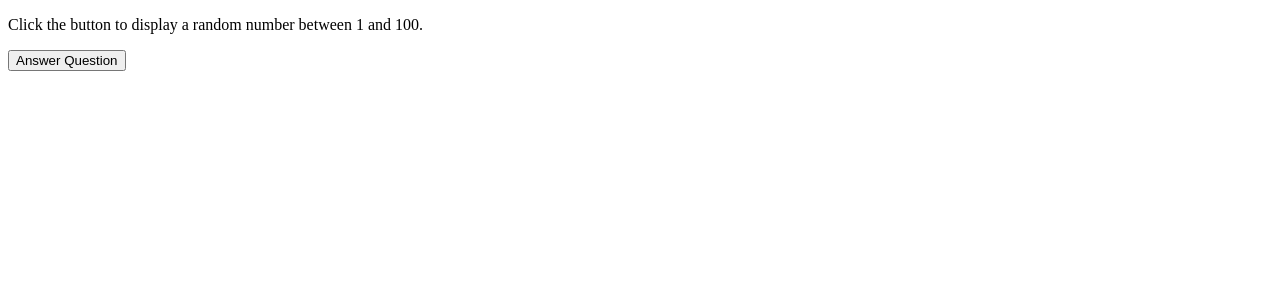
Repository: brightwhitesnow/brightwhitesnow.github.io
Page: Weba/lesson 1/homework files/mathrandom.html
These files come from the project's save history. The page is drawn as it stood at one moment and after the next save; the edit follows.
The browser window is 1280 px wide. The pictures show the whole page.

Above is the page before, as saved 2021-03-28 12:27:57.

### Weba/lesson 1/homework files/mathrandom.html
<!DOCTYPE html>
<html lang="en">
<head>
    <meta charset="UTF-8">
    <meta http-equiv="X-UA-Compatible" content="IE=edge">
    <meta name="viewport" content="width=device-width, initial-scale=1.0">
    <title>Document</title>
</head>
<body>
    <p>Click the button to display a random number between 1 and 100.</p>

    <button onclick="myFunction()">Answer Question</button>



<script>
    function myFunction() {
        let a = Math.floor(Math.random() * 100) + 5
    let b = Math.floor(Math.random() * 100) + 20

    let answer = prompt(a + "+" + b + " =?")

    if(answer == a+b){
     alert("Ban da tra loi dung")
    }else{
     alert("Ban da tra loi sai")
    }
    }
</script>
</body>
</html>

After the next save:
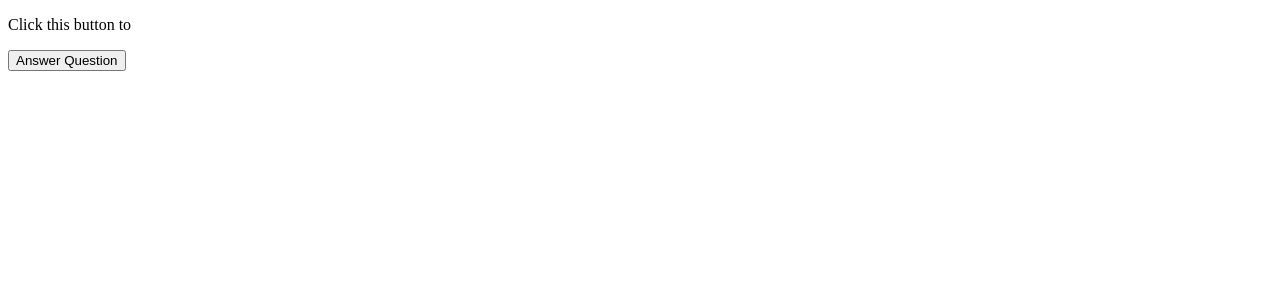
Saved 16 s later.
--- a/Weba/lesson 1/homework files/mathrandom.html
+++ b/Weba/lesson 1/homework files/mathrandom.html
@@ -7,7 +7,7 @@
     <title>Document</title>
 </head>
 <body>
-    <p>Click the button to display a random number between 1 and 100.</p>
+    <p>Click this button to </p>
 
     <button onclick="myFunction()">Answer Question</button>
 
